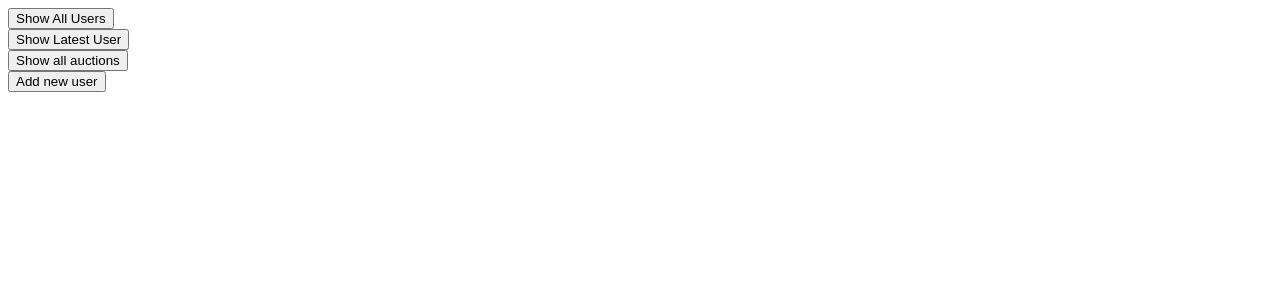
Repository: jnnbaran/DBManager
Page: http://localhost/DBServlet/
An editor plug-in stored every save of this project. The page is shown before and after the next save, followed by the edit.
The browser window is 1280 px wide. The pictures show the whole page.
The page is served by Tomcat 9.

Above is the page before, as saved 2019-11-18 16:34:55.

After the next save:
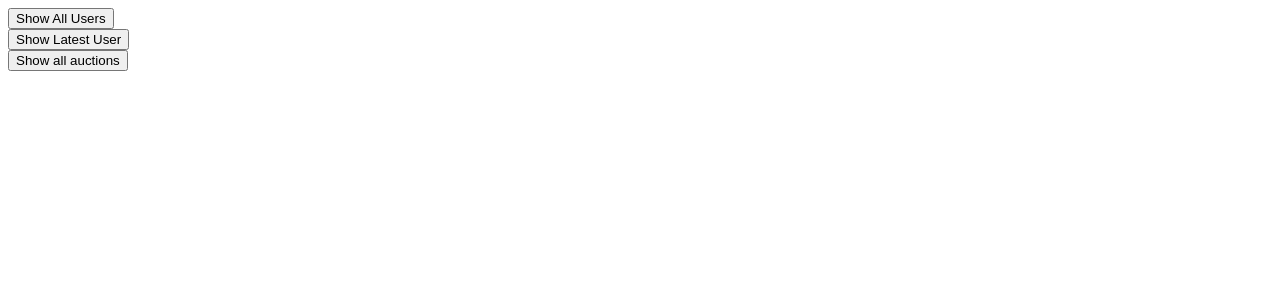
Saved 2 min 31 s later.
--- a/DBServlet/WebContent/query.jsp
+++ b/DBServlet/WebContent/query.jsp
@@ -12,19 +12,15 @@
         <button name="query" cols="50" rows="10" form="queryForm" value = "select * from users"> Show All Users </button>
        <br/>
         <button name="query" cols="50" rows="10" form="queryForm" value = "select * from users WHERE id=max(id)"> Show Latest User </button>
-   		<br/>
+
+ </form>
+
+<form name="queryForm" action="AuctionsServlet" method="post">
+
         <button name="query" cols="50" rows="10" form="queryForm" value = "select * from AUCTIONSONLINE "> Show all auctions </button>
 
+ </form>
 
 
-    </form>
-
-     <form name="queryForm" action="NewUsersServlet" method="post">
-
-
-        <button name="query" cols="50" rows="10" form="queryForm" value = " ">Add new user </button>
-
-
-    </form>
 </body>
 </html>
